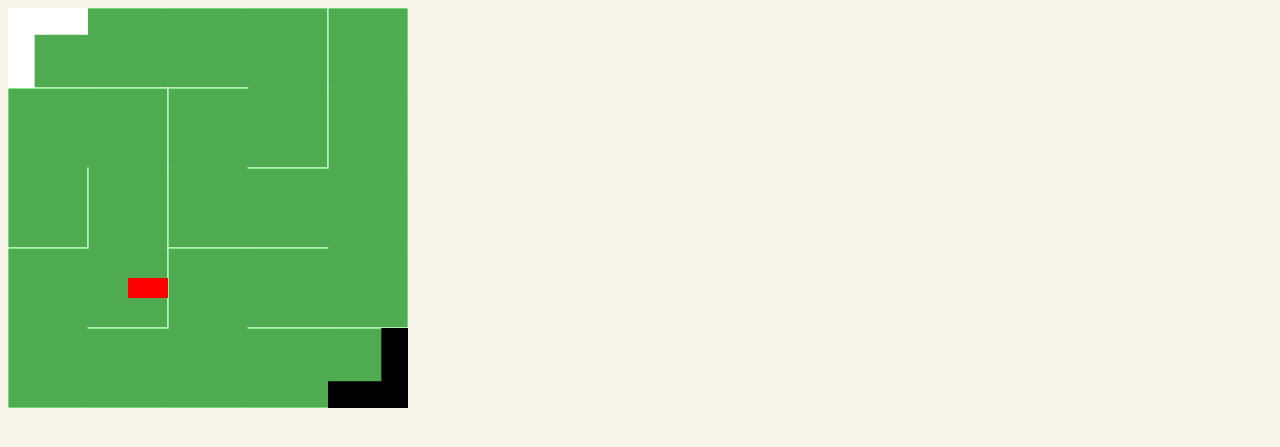
Repository: animarcus/maze-generator
Page: index.html
These files come from the project's save history. The page is drawn as it stood at one moment and after the next save; the edit follows.
The browser window is 1280 px wide. The pictures show the whole page.
Some web libraries are served in a nearby version.

Above is the page before, as saved 2020-09-12 19:55:56.

### index.html
<!DOCTYPE html>
<html lang="en">
<head>
  <link rel="apple-touch-icon" sizes="180x180" href="/icons/apple-touch-icon.png">
  <link rel="icon" type="image/png" sizes="32x32" href="/icons/favicon-32x32.png">
  <link rel="icon" type="image/png" sizes="16x16" href="/icons/favicon-16x16.png">
  <link rel="manifest" href="/icons/site.webmanifest">
  <link rel="mask-icon" href="/icons/safari-pinned-tab.svg" color="#5bbad5">
  <link rel="shortcut icon" href="/icons/favicon.ico">
  <meta name="msapplication-TileColor" content="#da532c">
  <meta name="msapplication-config" content="/icons/browserconfig.xml">
  <meta name="theme-color" content="#ffffff">

  <script type="text/javascript" src="https://cdn.jsdelivr.net/npm/p5@1.1.4/lib/p5.min.js"></script>
  <script src="js/cell.js"></script>
  <script src="js/sketch.js"></script>
  <script src="js/solver.js"></script>


  <link rel="stylesheet" href="css/style.css">
  <meta charset="UTF-8">
  <meta name="viewport" content="width=device-width, initial-scale=1.0, maximum-scale=1.0, user-scalable=0">
  <title>Maze Generator</title>
</head>
<body>
</body>
</html>

### js/cell.js
class Cell {
  constructor(i, j) {
    this.i = i;
    this.j = j;
    this.walls = [true,true,true,true];
    this.visited = false;
  }
  checkNeighbors() {
    let neighbors = [];
    // console.log(index(i+1  , j   ));
    let top     = grid[index(this.i    , this.j-1 )];
    let right   = grid[index(this.i+1  , this.j   )];
    let bottom  = grid[index(this.i    , this.j +1)];
    let left    = grid[index(this.i-1  , this.j   )];
    if (top && !top.visited) {
      neighbors.push(top);
    }
    if (right && !right.visited) {
      neighbors.push(right);
    }
    if (bottom && !bottom.visited) {
      neighbors.push(bottom);
    }
    if (left && !left.visited) {
      neighbors.push(left);
    }
    if (neighbors.length > 0) {
      let r = floor(Math.random() * neighbors.length);
      return neighbors[r];
    } else {
      return undefined;
    }
  }
  highlight() {
    let x = this.i * w;
    let y = this.j * w;
    fill(150, 0, 0, 255);
    noStroke();
    rect(x, y, w, w);
  }
  show() {
    let x = this.i*w;
    let y = this.j*w;
    stroke(255);
    if (this.walls[0]) {
      line(x,y,x+w,y);
    }
    if (this.walls[1]) {
      line(x+w,y,x+w,y+w);
    }
    if (this.walls[2]) {
      line(x+w,y+w,x,y+w);
    }
    if (this.walls[3]) {
      line(x,y+w,x,y);
    }
    if (this.visited) {
      noStroke();
      fill(100, 255, 100, 150);
      rect(x, y, w, w);
    }
  }
}

### js/sketch.js



let cols, rows;
let w = 80;
let grid = [];
let current;
let stack = [new Cell(0, 0)];

let generated;
let solveOK;

let exitPoint;

let solvedPath = [];

function setup() {
  createCanvas(400,400);
  cols = floor(width/w);
  rows = floor(width/w);
  console.log(rows, cols);
  exitPoint = [rows-1,cols-1];

  // frameRate(7);

  generated = false;
  solveOK = false;

  for (let j = 0; j < rows; j++) {
    for (let i = 0; i < cols; i++) {
      let cell = new Cell(i,j);
      grid.push(cell);
    }
  }
  current = grid[0];
}

function draw() {
  background(51);
  for (let i = 0; i < grid.length; i++) {
    grid[i].show();
  }
  if (!generated) {
    maze.generateMaze();
  } else if (solveOK) {
    if (solver.i === exitPoint[0] && solver.j === exitPoint[1]) {
      solver.i = 0;
      solver.j = 0;
    } else {
      maze.solveMaze();
    }
  }
}


let maze = {
  generateMaze : function() {
    current.visited = true;
    current.highlight();
    let next = current.checkNeighbors();
    // console.log(stack);
    if (next) {
      next.visited = true;
      //step 2
      stack.push(next);
      //step 3
      removeWalls(current, next);
      //step 4
      current = next;
    } else if (stack.length > 0) {
      current = stack.pop();
      if (stack.length == 0) {
        frameRate(3);
        solver = new Solver(2, 2);
        generated = true;

        solveOK = true;
      }
    }
  },
  solveMaze : function() {
    // grid[0].highlight();
    noStroke();
    fill(color("white"));
    rect(grid[0].i, grid[0].j, w/3, w);
    rect(grid[0].i, grid[0].j, w, w/3);
    fill(color("black"));
    rect(grid[grid.length-1].i*w + w, grid[grid.length-1].j*w + w, -w/3, -w);
    rect(grid[grid.length-1].i*w + w, grid[grid.length-1].j*w + w, -w, -w/3);

    fill(color("red"));
    // rect(solver.i+w/10,solver.j+w/10,w-w/5,w-w/5);
    solver.draw();
    solver.move();
  }
};


function index(i, j) {
  if (i < 0 || j < 0 || i > cols-1 || j > rows-1) {
    return -1;
  }
  return i + j * cols;
}


function removeWalls(a, b) {
  let x = a.i - b.i;
  if (x === 1) {
    a.walls[3] = false;
    b.walls[1] = false;
  } else if (x == -1) {
    a.walls[1] = false;
    b.walls[3] = false;
  }

  let y = a.j - b.j;
  if (y === 1) {
    a.walls[0] = false;
    b.walls[2] = false;
  } else if (y === -1) {
    a.walls[2] = false;
    b.walls[0] = false;
  }

}

### js/solver.js
let facing;
class Solver {
  constructor(x, y) {
    this.i = x;
    this.j = y;
    this.direction = 1; // up-right-down-left
  }
  draw() {
    this.current = grid[index(this.i, this.j)];

    fill(color("red"));
    // this.direction = Math.abs(this.direction);
    let x = this.i*w;
    let y = this.j*w;
    if (this.direction % 4 === 0) {
      this.facing = grid[index(this.i, this.j-1)];
      rect(x + w/2-w/8, y + w/2, w/4, -w/2);
    } else if (this.direction % 4 === 1) {
      rect(x + w/2, y + w/2-w/8, w/2, w/4);
      this.facing = grid[index(this.i+1, this.j)];
    } else if (this.direction % 4 === 2) {
      rect(x + w/2-w/8, y + w/2, w/4, w/2);
      this.facing = grid[index(this.i, this.j+1)];
    } else if (this.direction % 4 === 3) {
      rect(x + w/2, y + w/2-w/8, -w/2, w/4);
      this.facing = grid[index(this.i-1, this.j)];
    }
  }
  move() {
    solvedPath.push({"i" : this.i*w, "j" : this.j*w});
    console.log(" ");
    if (this.current.walls[solveDirection(this.direction)] ||
        (this.facing.i === undefined || this.facing.j === undefined)) {//iswallfront
      console.log("wall in front"); // wall in front

      if (this.current.walls[solveDirection(this.direction + 1)]) {//iswallright
        console.log("wall on right", solveDirection(this.direction -1)); // wall on right
        if (this.current.walls[solveDirection(this.direction - 1)]) { //iswallleft
          console.log("wall on left");
          this.direction += 1;//turn right
        } else {
          this.direction -= 1;//turn left
        }

      } else { //turn right
        this.direction += 1;
      }
    } else {//nowallfront
      this.i = this.facing.i;
      this.j = this.facing.j;
      this.current = grid[index(this.i, this.j)];
      if (!this.current.walls[solveDirection(this.direction + 1)]) {
        this.direction += 1;
      }
    }
    // up wall check : this.current.walls[0] && this.facing.walls[2]
    // right wall check : this.current.walls[1] && this.facing.walls[3]
    // down wall check : this.current.walls[2] && this.facing.walls[0]
    // left wall check : this.current.walls[3] && this.facing.walls[1]
  }
}


function solveDirection(dir) {
  if (dir < 0) {
    dir += 4;
  }
  if (dir % 4 === 0) {
    dir = 0;
  } else if (dir % 4 === 1) {
    dir = 1;
  } else if (dir % 4 === 2) {
    dir = 2;
  } else if (dir % 4 === 3) {
    dir = 3;
  }
  return dir;
}

### css/style.css
* {
  cursor: default;
  /* -webkit-touch-callout: none;
  -webkit-user-select: none;
  -khtml-user-select: none;
  -moz-user-select: none;
  -ms-user-select: none;
  user-select: none; */
}
body {
  background: #f7f4ea;
  height: 100%;
  overflow-y: hidden;
  overflow-x: hidden;
  /* border-radius: 50%; */
}

/* p {
  position: absolute;
  top:50%;
  left:50%;
  transform: translate(-50%,-50%);
} */

After the next save:
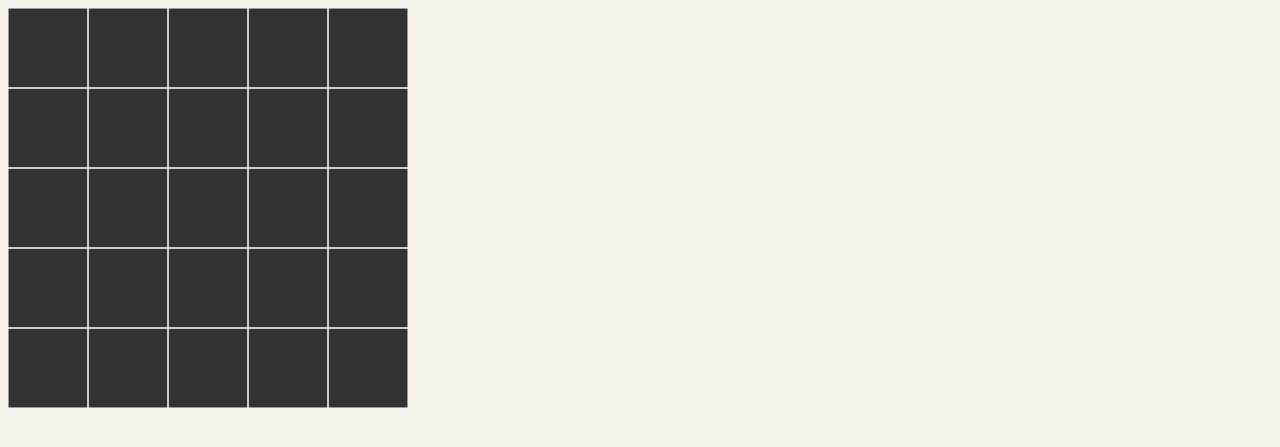
Console error: ReferenceError: drawSolvedPath is not defined
Saved 18 s later.
--- a/js/sketch.js
+++ b/js/sketch.js
@@ -40,6 +40,8 @@
   for (let i = 0; i < grid.length; i++) {
     grid[i].show();
   }
+  solvedPath.forEach(drawSolvedPath);
+
   if (!generated) {
     maze.generateMaze();
   } else if (solveOK) {
@@ -92,6 +94,12 @@
     // rect(solver.i+w/10,solver.j+w/10,w-w/5,w-w/5);
     solver.draw();
     solver.move();
+  },
+  drawSolved : function(coords, index) {
+    let i = coords[0];
+    let j = coords[1];
+
+    rect(i, j, 50,50);
   }
 };
 

After the save that followed:
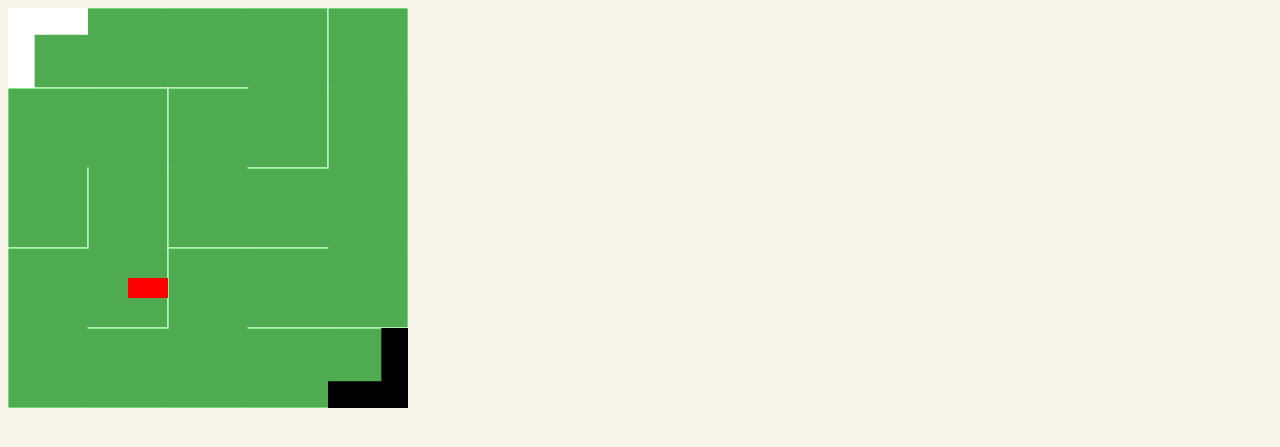
The error is gone.
Saved 25 s later.
--- a/js/sketch.js
+++ b/js/sketch.js
@@ -40,7 +40,7 @@
   for (let i = 0; i < grid.length; i++) {
     grid[i].show();
   }
-  solvedPath.forEach(drawSolvedPath);
+  solvedPath.forEach(maze.drawSolvedPath);
 
   if (!generated) {
     maze.generateMaze();
@@ -95,7 +95,7 @@
     solver.draw();
     solver.move();
   },
-  drawSolved : function(coords, index) {
+  drawSolvedPath : function(coords, index) {
     let i = coords[0];
     let j = coords[1];
 
